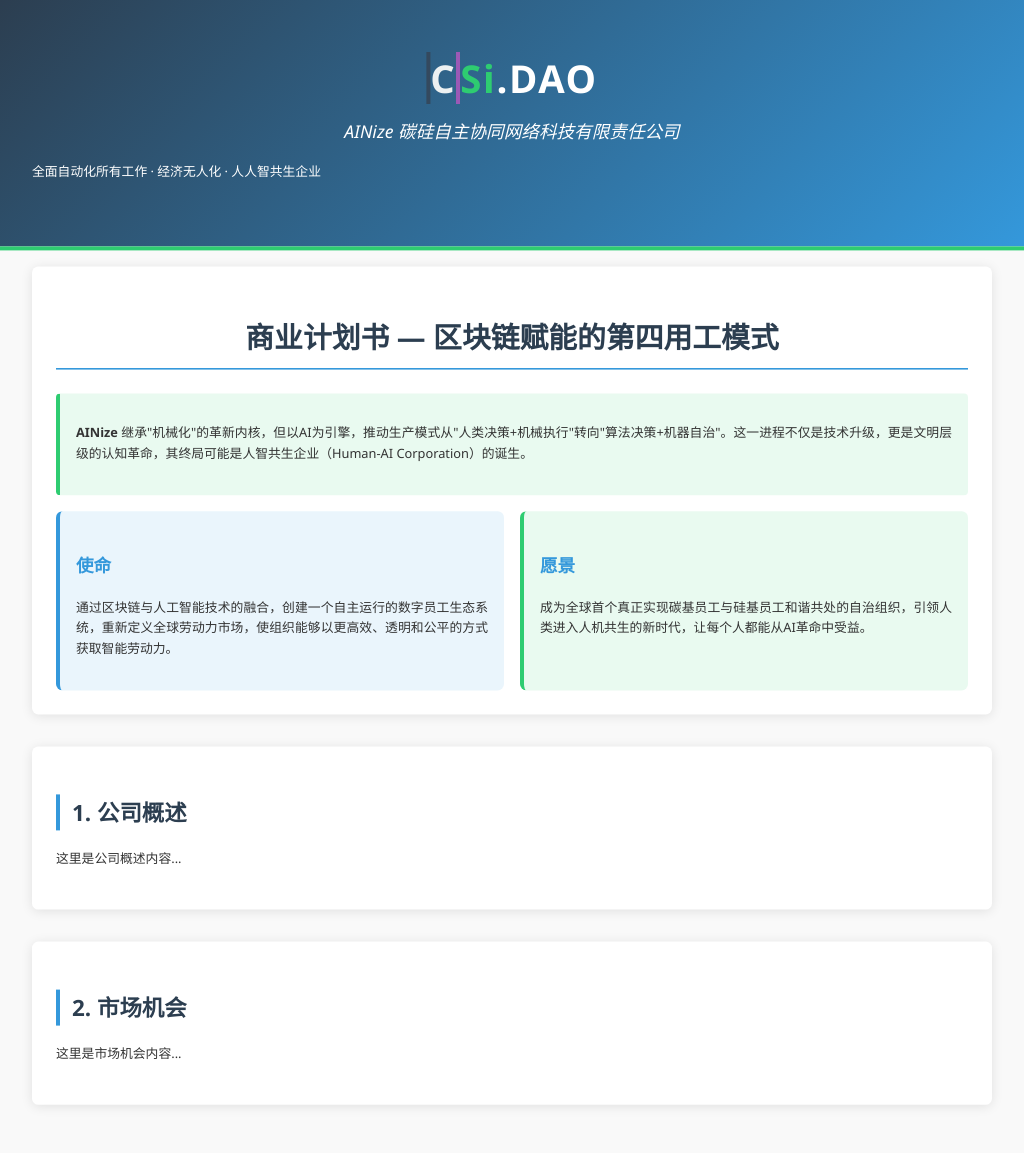
Repository: delez911/ainize
Page: static-site/index.html
An editor plug-in stored every save of this project. The page is shown before and after the next save, followed by the edit.
The browser window is 1280 px wide. The pictures show the whole page, at 80% of full size.
The page's requests for data from a server got no answer.

Above is the page before, as saved 2025-04-27 10:29:10.

After the next save:
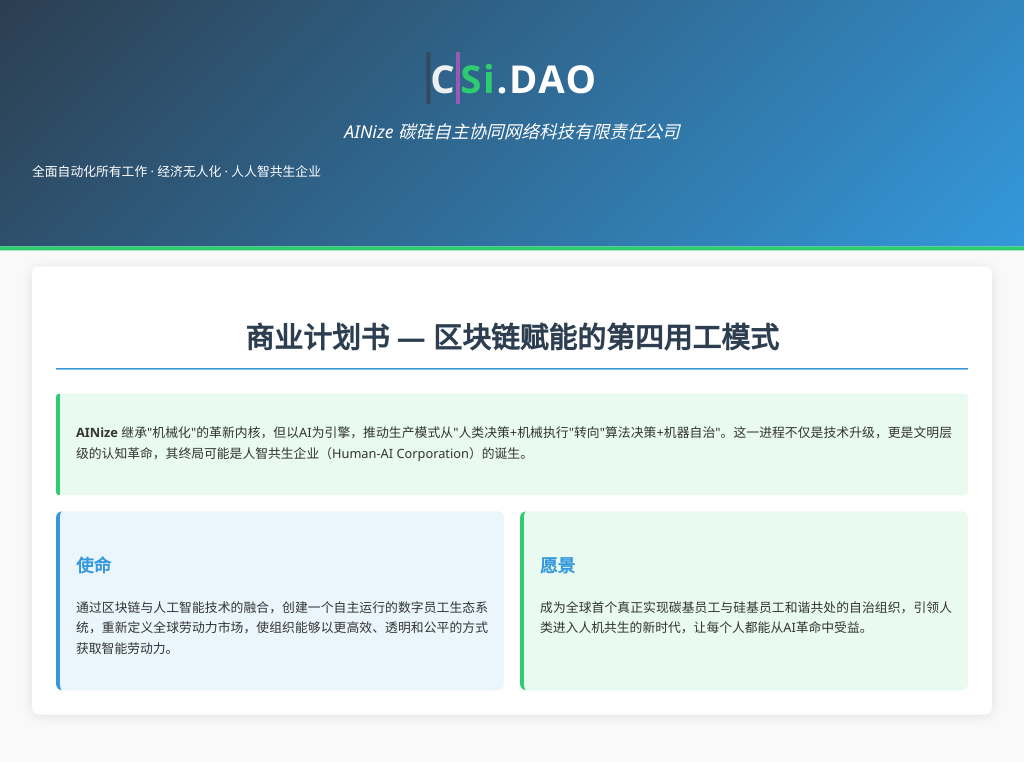
Console error: SyntaxError: Unexpected token ':'
Saved 11 s later.
--- a/static-site/index.html
+++ b/static-site/index.html
@@ -335,19 +335,38 @@
         // 页面加载完成后加载sections
         document.addEventListener('DOMContentLoaded', loadSections);
 
-        const sections = [
-            {
-                id: 'overview',
-                title: '1. 公司概述',
-                content: `<p>这里是公司概述内容...</p>`
+        const sections = sections: [
+            {
+              id: 'overview',
+              title: '1. 公司概述',
+              content: loadHtmlFile('src/components/overview/overview.html')
             },
             {
-                id: 'market',
-                title: '2. 市场机会',
-                content: `<p>这里是市场机会内容...</p>`
+              id: 'market',
+              title: '2. 市场机会',
+              content: loadHtmlFile('src/components/market/market.html')
             },
-            // ... 其它 section
-        ];
+            {
+              id: 'business',
+              title: '3. 商业模式',
+              content: loadHtmlFile('src/components/business/business.html')
+            },
+            {
+              id: 'structure',
+              title: '4. 公司结构与利益相关者',
+              content: loadHtmlFile('src/components/structure/structure.html')
+            },
+            {
+              id: 'technology',
+              title: '5. 技术架构',
+              content: loadHtmlFile('src/components/technology/technology.html')
+            },
+            {
+              id: 'development',
+              title: '6. 发展规划',
+              content: loadHtmlFile('src/components/development/development.html')
+            }
+          ];
 
         document.addEventListener('DOMContentLoaded', function() {
             const sectionsContainer = document.getElementById('sections');
